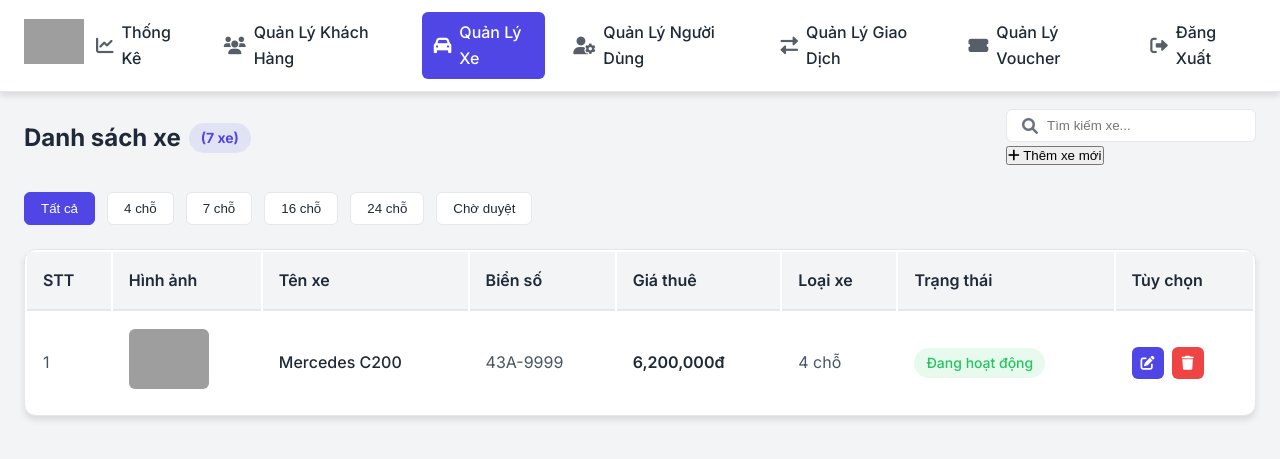
Repository: tuankiet-0405/DACS
Page: views/AdminQLXe.html
The author's editor kept a copy of each file at every save. The page is drawn from the files as they stood at one save, then again after the next save.
The browser window is 1280 px wide. The pictures show the whole page.
Pictures or frames that could not be fetched are drawn as grey boxes.

Above is the page before, as saved 2025-05-08 21:47:42.

After the next save:
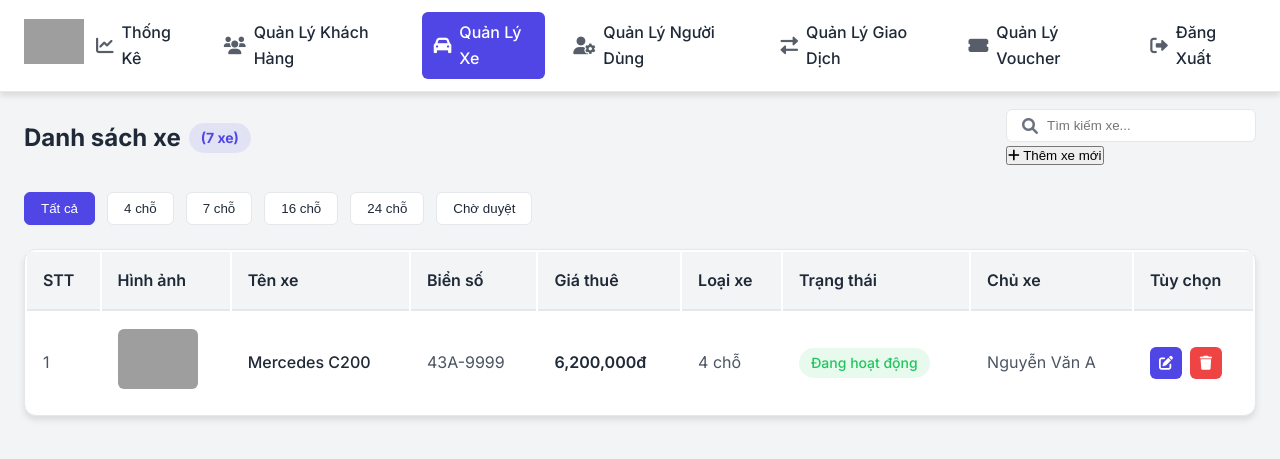
Saved 53 s later.
--- a/views/AdminQLXe.html
+++ b/views/AdminQLXe.html
@@ -62,10 +62,11 @@
                         <th>Giá thuê</th>
                         <th>Loại xe</th>
                         <th>Trạng thái</th>
+                        <th>Chủ xe</th>
                         <th>Tùy chọn</th>
                     </tr>
                 </thead>
-                <tbody>
+                <tbody id="carTableBody">
                     <tr>
                         <td>1</td>
                         <td><img src="https://i.imgur.com/qbT8JmH.jpg" alt="Mercedes" class="car-img"></td>
@@ -74,6 +75,7 @@
                         <td class="car-price">6,200,000đ</td>
                         <td>4 chỗ</td>
                         <td><span class="car-status status-active">Đang hoạt động</span></td>
+                        <td>Nguyễn Văn A</td>
                         <td>
                             <div class="car-actions">
                                 <button class="btn-action btn-edit" title="Chỉnh sửa">
@@ -85,7 +87,7 @@
                             </div>
                         </td>
                     </tr>
-                    <!-- ...other car entries... -->
+                    <!-- Danh sách xe sẽ được hiển thị ở đây -->
                 </tbody>
             </table>
         </div>
